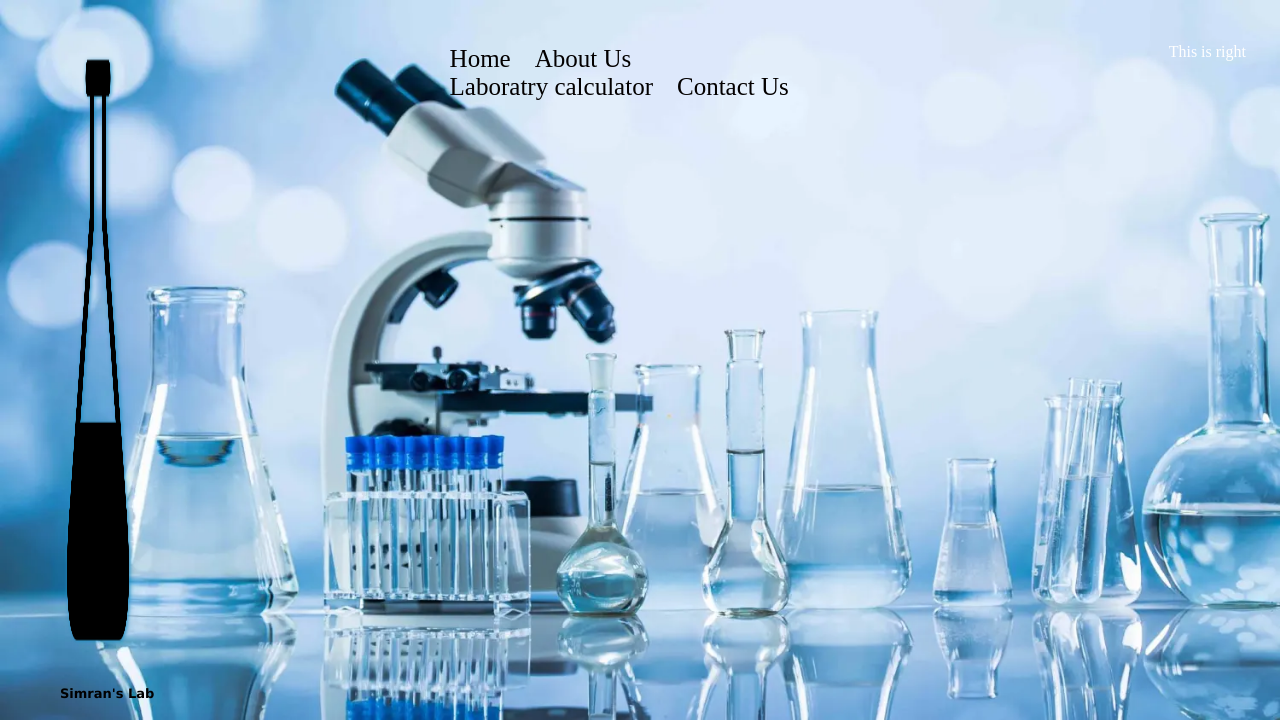
Repository: raisingh22/Simranlearning
Page: html css java/website/index.html
These files come from the project's save history. The page is drawn as it stood at one moment and after the next save; the edit follows.
The browser window is 1280 px wide. The pictures show the whole page.

Above is the page before, as saved 2024-01-01 18:48:05.

After the next save:
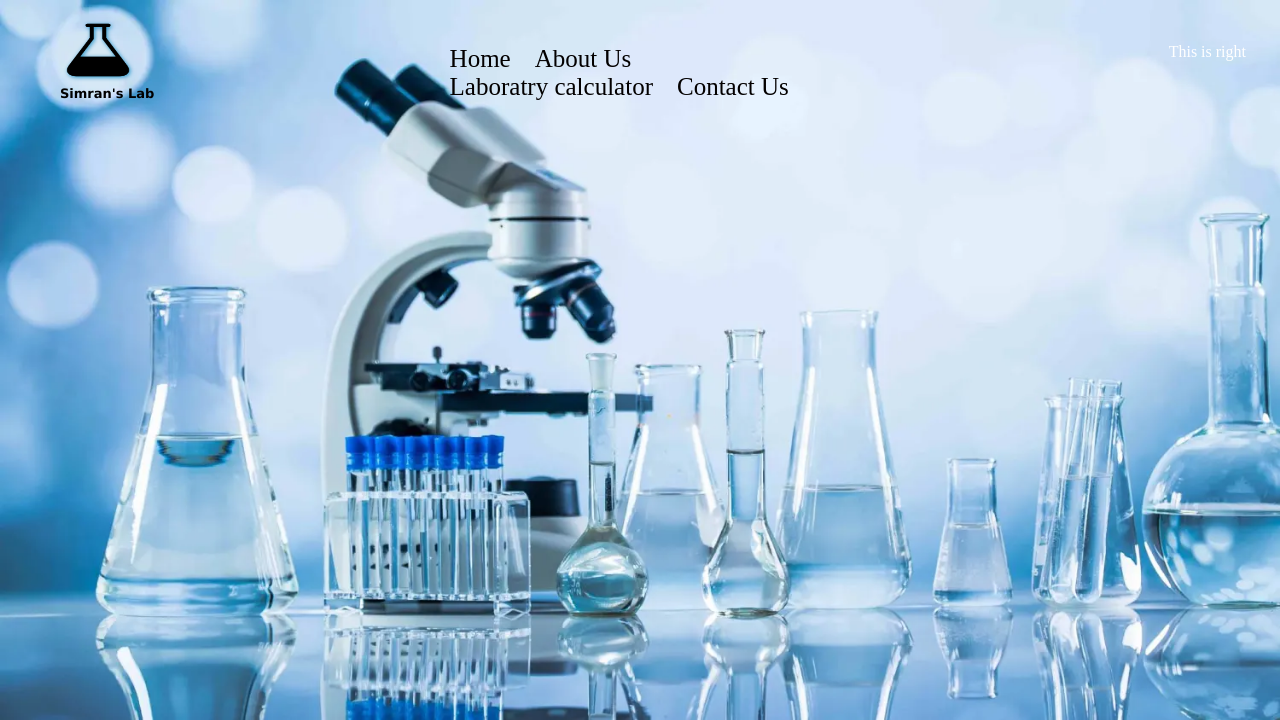
Saved 5 s later.
--- a/html css java/website/index.html
+++ b/html css java/website/index.html
@@ -26,7 +26,7 @@
     }
     .left img{
         width: 76px;
-        height: 660px;
+        height: 60px;
         /* box-shadow: 10px 10px 20px rgb(167, 39, 39); */
         filter: drop-shadow(1px 1px 2px rgb(29, 144, 197));
         /* filter: invert(100%); */
